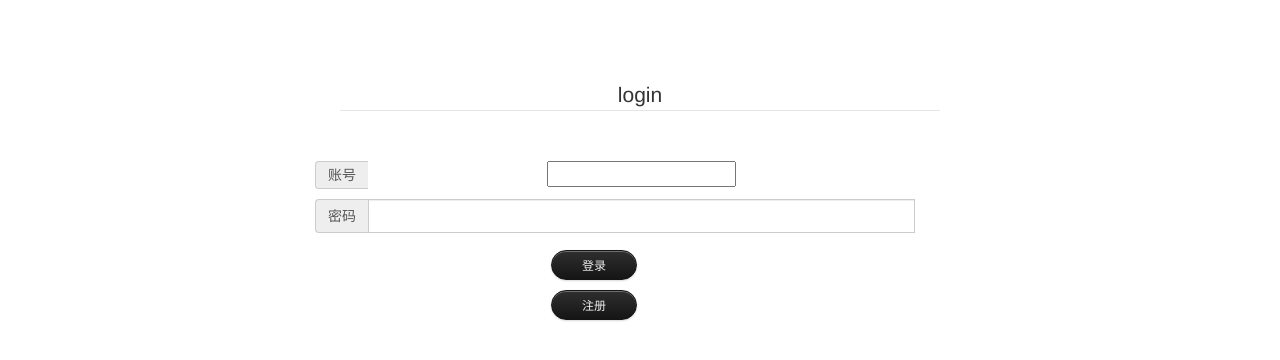
Repository: silzx/learning
Page: http://localhost/MyBatis/
These files come from the project's save history. The page is drawn as it stood at one moment and after the next save; the edit follows.
The browser window is 1280 px wide. The pictures show the whole page.
The page is served by Tomcat 9.

Above is the page before, as saved 2017-11-13 02:26:50.
Console error (its wording comes from the project's code and is left out).

After the next save:
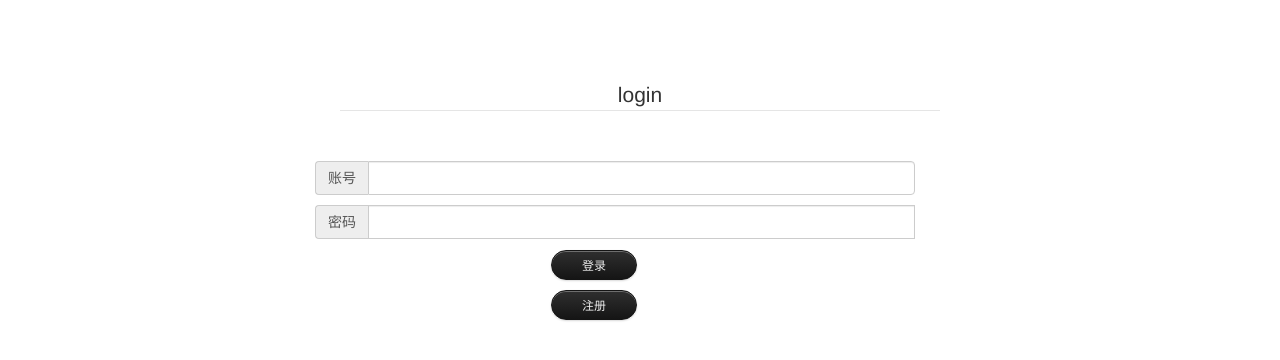
Saved 5 s later.
--- a/MyBatis/WebContent/index.jsp
+++ b/MyBatis/WebContent/index.jsp
@@ -69,7 +69,7 @@ String basePath = request.getScheme()+"://"+request.getServerName()+":"+request.
 				<span style="color: red; visibility: hidden;" id="error" >账号或者密码错误</span><p>
 				<div id="reset" class="input-group">
 					<span class="input-group-addon">账号</span>
-					<input type="text" name="u.name" value="<%=name %>">
+					<input type="text" name="u.name" class="form-control"  value="<%=name %>">
 				</div>
 				<p/>
 				<div id="pad" class="input-group">
